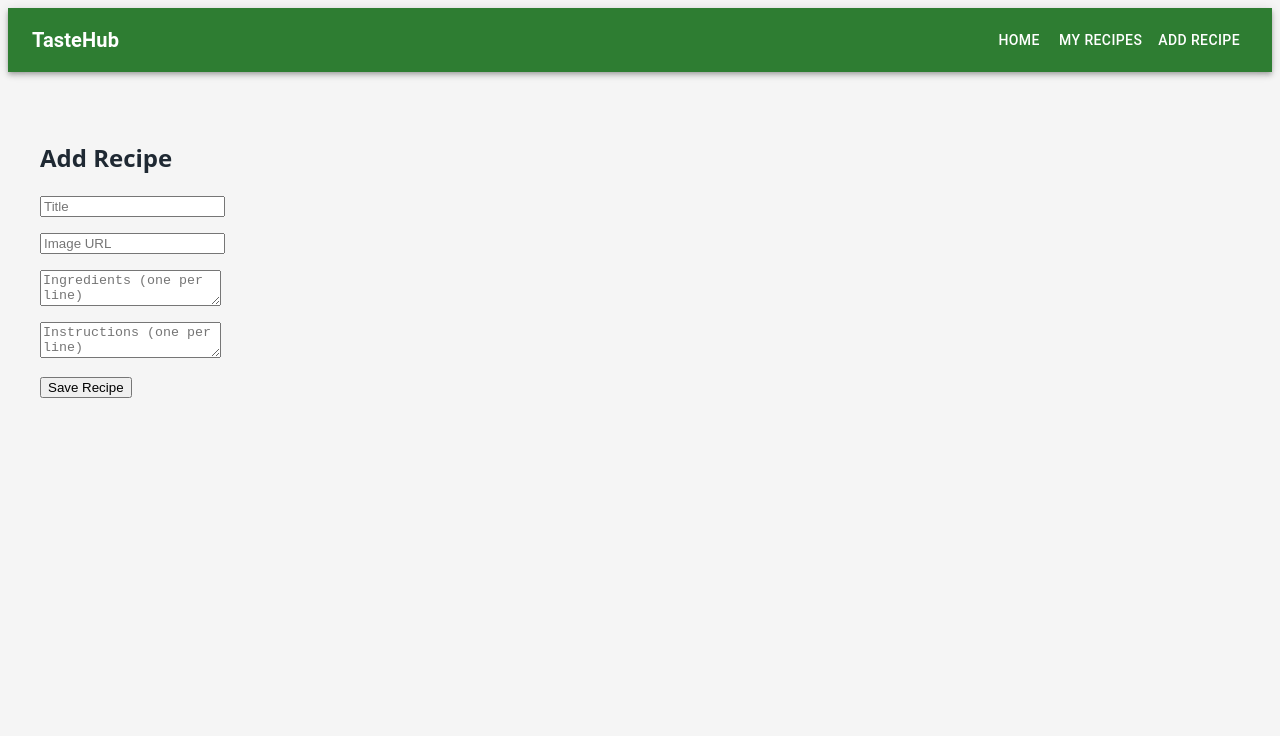
Repository: PabloVega7/TasteHub-Milestone03
Page: /add-recipe
An editor plug-in stored every save of this project. The page is shown before and after the next save, followed by the edit.
The browser window is 1280 px wide. The pictures show the whole page.
The project was rebuilt for these pictures with package versions that can differ from the ones it lists, and the page was loaded fresh each time. Also part of the build but not shown: vite.config.js, src/components/RecipeCard.jsx, src/components/WebRecipes.jsx, src/pages/Home.jsx, src/pages/RecipeDetails.jsx, src/pages/MyRecipes.jsx, src/pages/EditRecipe.jsx.

Above is the page before, as saved 2025-11-29 16:08:01.

After the next save:
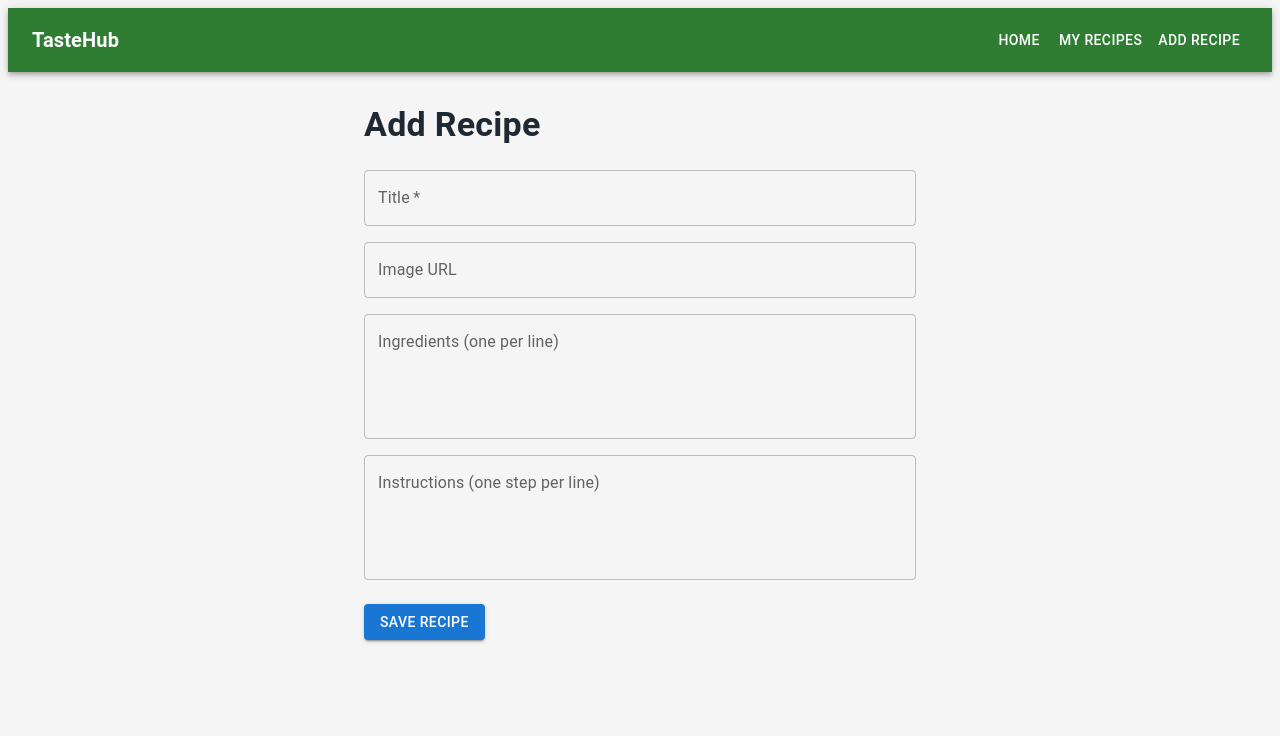
Saved 24 s later.
--- a/src/pages/AddRecipe.jsx
+++ b/src/pages/AddRecipe.jsx
@@ -1,4 +1,5 @@
 import { useState } from "react";
+import { Container, TextField, Button, Typography, Box } from "@mui/material";
 import { useNavigate } from "react-router-dom";
 import { useRecipes } from "../context/RecipesContext";
 
@@ -14,53 +15,61 @@ export default function AddRecipe() {
   const handleSubmit = (e) => {
     e.preventDefault();
 
-    addRecipe({
-      title,
-      image,
-      ingredients,
-      instructions,
+    const id = addRecipe({
+      title: title.trim(),
+      image: image.trim(),
+      ingredients: ingredients.trim(),
+      instructions: instructions.trim(),
     });
 
-    navigate("/my-recipes");
+    navigate(`/recipes/${id}`);
   };
 
   return (
-    <form onSubmit={handleSubmit} style={{ padding: "2rem" }}>
-      <h2>Add Recipe</h2>
+    <Container maxWidth="sm" sx={{ mt: 4, mb: 6 }}>
+      <Typography variant="h4" fontWeight={700} mb={3}>
+        Add Recipe
+      </Typography>
 
-      <input
-        style={{ display: "block", marginBottom: "1rem" }}
-        value={title}
-        onChange={(e) => setTitle(e.target.value)}
-        placeholder="Title"
-        required
-      />
+      <Box component="form" onSubmit={handleSubmit}>
+        <TextField
+          label="Title"
+          fullWidth
+          required
+          value={title}
+          onChange={(e) => setTitle(e.target.value)}
+          sx={{ mb: 2 }}
+        />
+        <TextField
+          label="Image URL"
+          fullWidth
+          value={image}
+          onChange={(e) => setImage(e.target.value)}
+          sx={{ mb: 2 }}
+        />
+        <TextField
+          label="Ingredients (one per line)"
+          fullWidth
+          multiline
+          minRows={4}
+          value={ingredients}
+          onChange={(e) => setIngredients(e.target.value)}
+          sx={{ mb: 2 }}
+        />
+        <TextField
+          label="Instructions (one step per line)"
+          fullWidth
+          multiline
+          minRows={4}
+          value={instructions}
+          onChange={(e) => setInstructions(e.target.value)}
+          sx={{ mb: 3 }}
+        />
 
-      <input
-        style={{ display: "block", marginBottom: "1rem" }}
-        value={image}
-        onChange={(e) => setImage(e.target.value)}
-        placeholder="Image URL"
-        required
-      />
-
-      <textarea
-        style={{ display: "block", marginBottom: "1rem" }}
-        value={ingredients}
-        onChange={(e) => setIngredients(e.target.value)}
-        placeholder="Ingredients (one per line)"
-        required
-      />
-
-      <textarea
-        style={{ display: "block", marginBottom: "1rem" }}
-        value={instructions}
-        onChange={(e) => setInstructions(e.target.value)}
-        placeholder="Instructions (one per line)"
-        required
-      />
-
-      <button type="submit">Save Recipe</button>
-    </form>
+        <Button type="submit" variant="contained">
+          Save Recipe
+        </Button>
+      </Box>
+    </Container>
   );
 }
